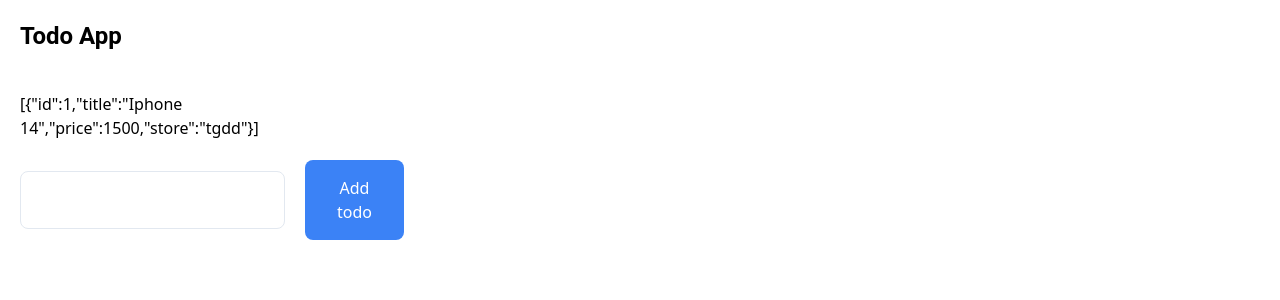
Repository: vophuocthanh/react-typescript
Page: /
These files come from the project's save history. The page is drawn as it stood at one moment and after the next save; the edit follows.
The browser window is 1280 px wide. The pictures show the whole page.
The project was rebuilt for these pictures with package versions that can differ from the ones it lists, and the page was loaded fresh each time. Also part of the build but not shown: vite.config.ts.

Above is the page before, as saved 2023-04-07 13:25:18.

### src/App.tsx
import React, { useEffect, useReducer, useRef, useState } from "react";
import useTodos from "./hooks/useTodos";
const Heading = ({ title }: { title: string }) => {
  return <h2 className="mb-5 text-2xl font-bold font-primary">{title}</h2>;
};

interface Data {
  text: string;
  id: number;
}
const App = () => {
  const { todos, onAddTodo, onRemoveTodo, inputRef } = useTodos([]);
  const [data, setData] = useState<Data | null>(null);
  useEffect(() => {
    fetch("data.json")
      .then((res) => res.json())
      .then((result) => {
        setData(result);
      });
  }, []);
  const onClickItem = (item: string) => {
    alert(item);
  };
  const products = [
    {
      id: 1,
      title: "Iphone 14",
      price: 1500,
      store: "tgdd",
    },
  ];
  return (
    <div>
      <Heading title="Todo App"></Heading>
      {/* {JSON.stringify(data)}
      <List
        items={["javascript", "html", "css", "react"]}
        onClickItem={(item: string) => onClickItem(item)}
      ></List>
      <Boxed>
        <div>abc</div>
      </Boxed> */}
      <div className="max-w-sm">
        <RenderList
          items={todos}
          render={(todo) => (
            <div className="flex items-center gap-x-3" key={todo.id}>
              <span>{todo.text}</span>
              <button
                onClick={() => onRemoveTodo(todo.id)}
                className="p-2 text-sm font-medium text-white bg-red-500 rounded-lg"
              >
                Remove
              </button>
            </div>
          )}
        ></RenderList>
        <RenderList
          items={products}
          render={(product) => <div>{JSON.stringify(products)}</div>}
        ></RenderList>
        {/* <div className="flex flex-col mb-5 gap-y-5">
          {todos.map((todo) => (
            <div className="flex items-center gap-x-3" key={todo.id}>
              <span>{todo.text}</span>
              <button
                onClick={() => onRemoveTodo(todo.id)}
                className="p-2 text-sm font-medium text-white bg-red-500 rounded-lg"
              >
                Remove
              </button>
            </div>
          ))}
        </div> */}

        <div className="flex items-center gap-x-5">
          <input
            type="text"
            className="p-4 border rounded-lg outline-none border-slate-200"
            ref={inputRef}
          />
          <button
            onClick={onAddTodo}
            className="p-4 text-center text-white bg-blue-500 rounded-lg"
          >
            Add todo
          </button>
        </div>
      </div>
    </div>
  );
};

const RenderList = <T,>({
  items,
  render,
}: {
  items: T[];
  render: (item: T) => React.ReactNode;
}) => {
  return (
    <div className="flex flex-col mb-5 gap-y-5">
      {items.map((item) => render(item))}
    </div>
  );
};

const List = ({
  items,
  onClickItem,
}: {
  items: string[];
  onClickItem?: (item: string) => void;
}) => {
  return (
    <div>
      {items.map((item) => (
        <div key={item} onClick={() => onClickItem?.(item)}>
          {item}
        </div>
      ))}
    </div>
  );
};

const Boxed = ({ children }: { children?: React.ReactNode }) => {
  return <div>{children}</div>;
};

export default App;

### src/index.css
@tailwind base;
@tailwind components;
@tailwind utilities;
@layer base {
  body {
    @apply p-5;
  }
}

### src/hooks/useTodos.ts
import { useReducer, useRef } from "react";

type ActionType =
  | { type: "ADD"; text: string }
  | { type: "REMOVE"; id: number };
interface Todo {
  id: number;
  text: string;
}
const todoReducer = (state: Todo[], action: ActionType) => {
  switch (action.type) {
    case "ADD":
      return [
        ...state,
        {
          id: state.length,
          text: action.text,
        },
      ];
    case "REMOVE":
      return state.filter((todo: Todo) => todo.id !== action.id);
    default:
      throw new Error("");
  }
};

export default function useTodos(initialState: Todo[]): {
  todos: Todo[];
  onAddTodo: () => void;
  onRemoveTodo: (todoId: number) => void;
  inputRef: React.LegacyRef<HTMLInputElement> | undefined;
} {
  const [todos, dispatch] = useReducer(todoReducer, initialState);
  const inputRef = useRef<HTMLInputElement>(null);
  const onRemoveTodo = (todoId: number) => {
    dispatch({
      type: "REMOVE",
      id: todoId,
    });
  };
  const onAddTodo = () => {
    if (inputRef.current) {
      dispatch({
        type: "ADD",
        text: inputRef.current.value,
      });
      inputRef.current.value = "";
    }
  };
  return {
    todos,
    onAddTodo,
    onRemoveTodo,
    inputRef,
  };
}

### tailwind.config.js
/** @type {import('tailwindcss').Config} */
export default {
  content: ["./index.html", "./src/**/*.{js,ts,jsx,tsx}"],
  theme: {
    extend: {
      fontFamily: {
        primary: ["Roboto"],
      },
    },
  },
  plugins: [],
};

### public/data.json
{
  "text": "Hello from Thanh Dev",
  "id": 1
}

Loaded but not shown: index.html (common file); src/main.tsx (common file)

After the next save:
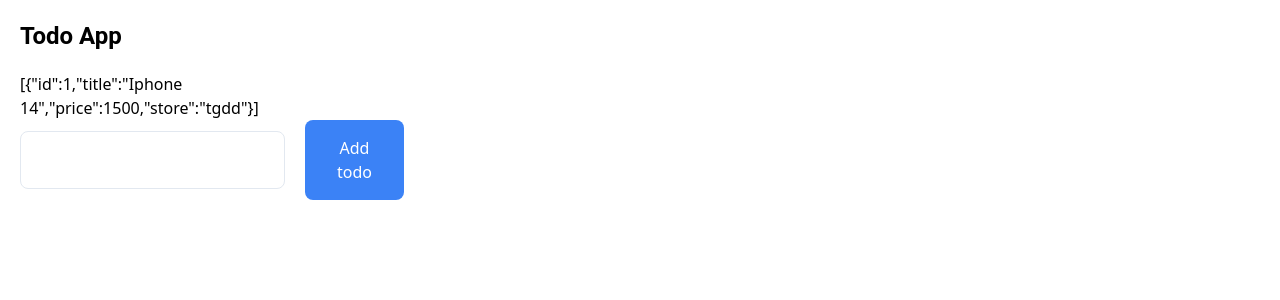
Saved 6 min 14 s later.
--- a/src/App.tsx
+++ b/src/App.tsx
@@ -98,11 +98,7 @@ const RenderList = <T,>({
   items: T[];
   render: (item: T) => React.ReactNode;
 }) => {
-  return (
-    <div className="flex flex-col mb-5 gap-y-5">
-      {items.map((item) => render(item))}
-    </div>
-  );
+  return <ul>{items.map((item) => render(item))}</ul>;
 };
 
 const List = ({
